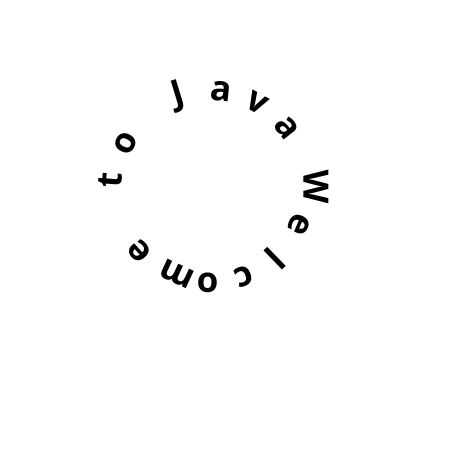
Repository: Mselenko/Java
Program's window: java w_5/JavaFx/src/task_3/CircleText.java
These files come from the project's save history. The program's window is drawn as it stood at one moment and after the next save; the edit follows.
It runs on Java 21 on a 1366 x 768 screen with JavaFX 11; the title bar is not drawn.

Above is the program's window before, as saved 2019-06-22 01:20:56.

### w_5/JavaFx/src/task_3/CircleText.java
package task_3;

import javafx.application.Application;
import javafx.geometry.Point2D;
import javafx.scene.Scene;
import javafx.scene.layout.Pane;
import javafx.scene.text.Font;
import javafx.scene.text.FontWeight;
import javafx.scene.text.Text;
import javafx.stage.Stage;



public class CircleText extends Application{

    @Override
    public void start(Stage stage)
    {

        Pane pane = new Pane();
        String[] text = "Welcome to Java".split("");
        Font font = Font.font("Times New Roman", FontWeight.EXTRA_BOLD, 35);

        Point2D center = new Point2D(200, 200);

        double radius = 100;
        double angle = 0;
        double rotate = 90;

        for (int i = 0; i < text.length; i++, angle += 23, rotate += 23)
        {
            double x = center.getX() + radius * Math.cos(Math.toRadians(angle));
            double y = center.getY() + radius * Math.sin(Math.toRadians(angle));


            Text newText = new Text(x, y,text[i]);
            newText.setFont(font);
            newText.setRotate(rotate);

            pane.getChildren().add(newText);

        }

        Scene scene = new Scene(pane, 450, 450);

        stage.setTitle("Circle Text");
        stage.setScene(scene);
        stage.show();
    }

    public static void main(String[] args)
    {
        launch(args);
    }
}

After the next save:
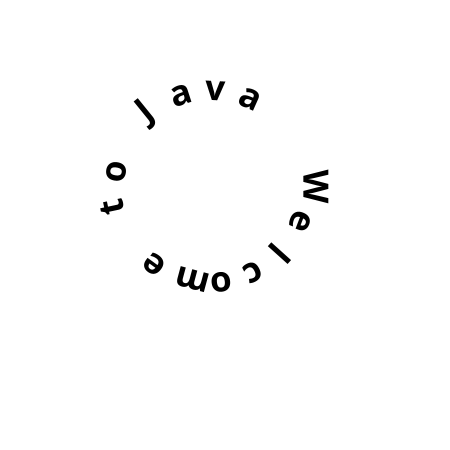
Saved 48 s later.
--- a/w_5/JavaFx/src/task_3/CircleText.java
+++ b/w_5/JavaFx/src/task_3/CircleText.java
@@ -27,7 +27,7 @@
         double angle = 0;
         double rotate = 90;
 
-        for (int i = 0; i < text.length; i++, angle += 23, rotate += 23)
+        for (int i = 0; i < text.length; i++, angle += 21, rotate += 21)
         {
             double x = center.getX() + radius * Math.cos(Math.toRadians(angle));
             double y = center.getY() + radius * Math.sin(Math.toRadians(angle));
